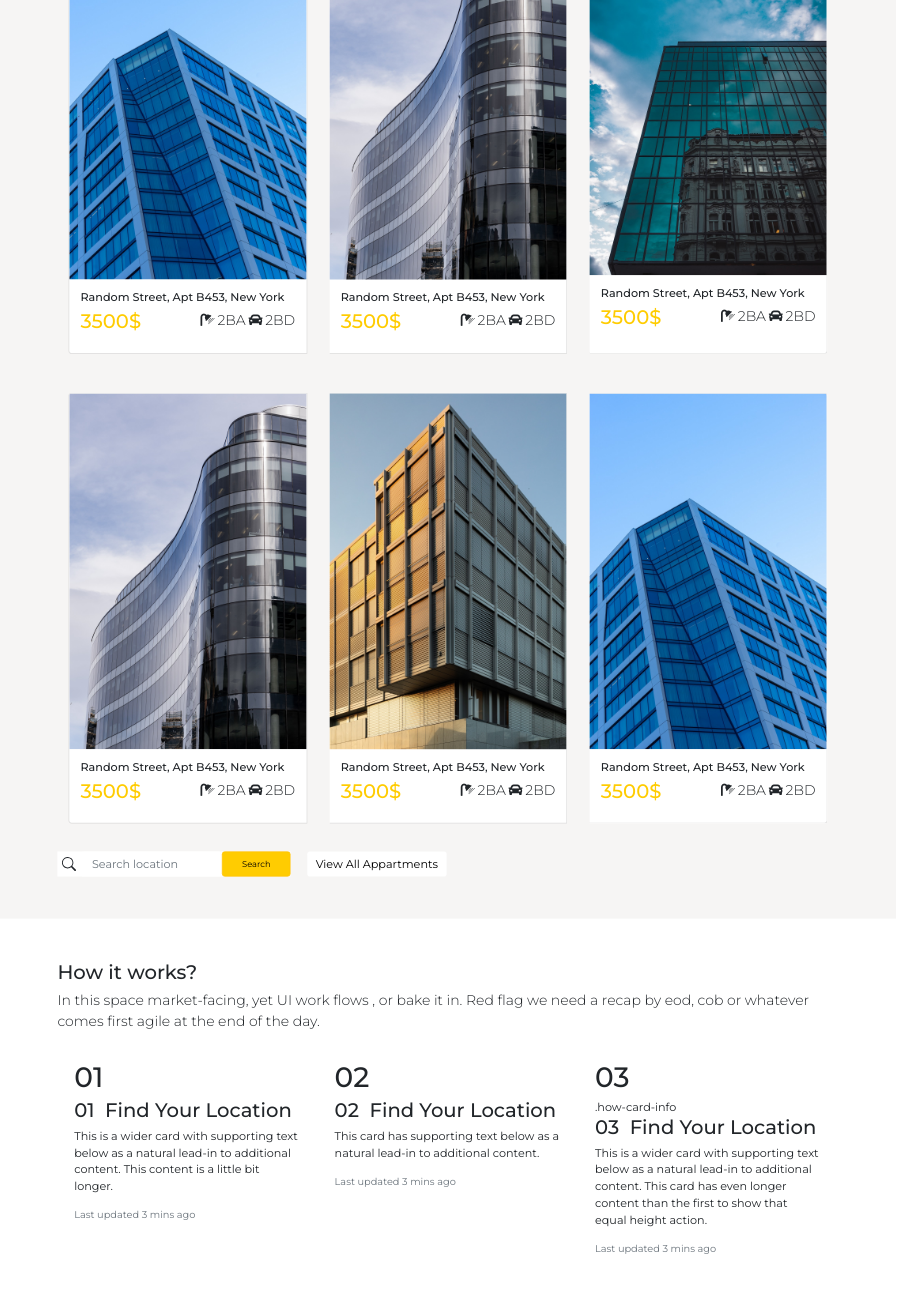
Repository: Toqa-25/luxstate
Page: index.html
These files come from the project's save history. The page is drawn as it stood at one moment and after the next save; the edit follows.
The browser window is 1280 px wide. The page is 1292 px wide, so the pictures cover 1292 px, including what lies to the right of the window. The pictures show the part of the page from y = 1305 to 3185 px (the page is 3185 px tall before and 3161 px after), at 70% of full size.

Above is the page before, as saved 2021-06-09 06:30:35.

### index.html
<!DOCTYPE html>
<html lang="en">
<head>
    <meta charset="UTF-8">
    <meta http-equiv="X-UA-Compatible" content="IE=edge">
    <meta name="viewport" content="width=device-width, initial-scale=1.0">
    <!-- Bootstrap file -->
    <link rel="stylesheet" href="css/bootstrap.css">
    <!-- My Bootstrap file -->
    <link rel="stylesheet" href="css/my-bootstrap.css">
    <!-- all main style -->
    <link rel="stylesheet" href="css/all.min.css">
    <!-- CDN css file -->
    <link href="https://cdn.jsdelivr.net/npm/bootstrap@5.0.1/dist/css/bootstrap.min.css" rel="stylesheet" integrity="sha384-+0n0xVW2eSR5OomGNYDnhzAbDsOXxcvSN1TPprVMTNDbiYZCxYbOOl7+AMvyTG2x" crossorigin="anonymous">
    <!-- Style file -->
    <link rel="stylesheet" href="css/style.css">
    <!-- web fonts -->
    <link rel="preconnect" href="https://fonts.gstatic.com">
<link href="https://fonts.googleapis.com/css2?family=Montserrat:wght@100;200;300;400;500;600;700;800;900&display=swap" rel="stylesheet">
    <title>Bootstarp</title>
</head>
<body>
    <nav class="navbar navbar-expand-lg navbar-light bg-light">
        <div class="container">
          <a class="navbar-brand" href="#">luxestate</a>
          <button class="navbar-toggler" type="button" data-bs-toggle="collapse" data-bs-target="#navbarSupportedContent" aria-controls="navbarSupportedContent" aria-expanded="false" aria-label="Toggle navigation">
            <span class="navbar-toggler-icon"></span>
          </button>
          <div class="collapse navbar-collapse offset-2 navbar-light" id="navbarSupportedContent">
            <ul class="navbar-nav me-auto mb-2 mb-lg-0 ">
              <li class="nav-item">
                <a class="nav-link active" aria-current="page" href="#">About</a>
              </li>
              <li class="nav-item ">
                <a class="nav-link " href="#">Appartment</a>
              </li>
              <li class="nav-item">
                <a class="nav-link" href="#">How it work</a>
              </li>
              <li class="nav-item">
                <a class="nav-link" href="#">Agents</a>
              </li>
              <li class="nav-item">
                <a class="nav-link" href="#">Contact us</a>
              </li>

            </ul>
            <ul class="nav justify-content-end last-nav">
                <li class="nav-item">
                  <a class="nav-link active" aria-current="page" href="#">Join us</a>
                </li>
                <li class="nav-item focuse">
                  <a class="nav-link " href="#">Contact us</a>
                </li>

              </ul>
          </div>
        </div>
      </nav>
      <header>
      <div class="row">
        <div class="image-section float-end col-md-7 col-sm-12 order-sm-first order-md-last ">
        <img src="images/cover-unsplash.jpg" class="img-fluid "  alt="...">
        <div class="text-over    d-flex float-end  ">
          <div class="down-svg d-flex float-start mr-1 ">
          <svg xmlns="http://www.w3.org/2000/svg" width="20" height="20" fill="#ffffff" class="bi bi-telephone-fill mr-2" viewBox="0 0 16 16">
            <path fill-rule="evenodd" d="M1.885.511a1.745 1.745 0 0 1 2.61.163L6.29 2.98c.329.423.445.974.315 1.494l-.547 2.19a.678.678 0 0 0 .178.643l2.457 2.457a.678.678 0 0 0 .644.178l2.189-.547a1.745 1.745 0 0 1 1.494.315l2.306 1.794c.829.645.905 1.87.163 2.611l-1.034 1.034c-.74.74-1.846 1.065-2.877.702a18.634 18.634 0 0 1-7.01-4.42 18.634 18.634 0 0 1-4.42-7.009c-.362-1.03-.037-2.137.703-2.877L1.885.511z"/>
          </svg>
          <h6>(000)123-456</h6>
        </div>
        <div class="down-svg d-flex  ">
          <svg xmlns="http://www.w3.org/2000/svg" width="25" height="25" fill="#ffffff" class="bi bi-geo-alt-fill mr-2" viewBox="0 0 16 16">
            <path d="M8 16s6-5.686 6-10A6 6 0 0 0 2 6c0 4.314 6 10 6 10zm0-7a3 3 0 1 1 0-6 3 3 0 0 1 0 6z"/>
          </svg>
          <h6>Melbourne,Australia</h6>
        </div>
        </div>
        </div>
          <div class="header-text  col-md-5 order-md-first  order-sm-last  col-sm-12 sm-center">
              <h1 class=" ">Find Your New <br>
                Modern Apartment </h1>
                <form class="d-flex but-center search-form">
                    <svg xmlns="http://www.w3.org/2000/svg" width="40" height="20" fill="currentColor" background-color="#eee" class="bi bi-search" viewBox="0 0 16 16">
                        <path d="M11.742 10.344a6.5 6.5 0 1 0-1.397 1.398h-.001c.03.04.062.078.098.115l3.85 3.85a1 1 0 0 0 1.415-1.414l-3.85-3.85a1.007 1.007 0 0 0-.115-.1zM12 6.5a5.5 5.5 0 1 1-11 0 5.5 5.5 0 0 1 11 0z"/>
                      </svg>
                    <input class="form-control " type="search" placeholder=" Search location" aria-label="Search">
                    <button class="btn btn-warning" type="submit">Search </button>
                  </form>
          </div>
      </div>
    </header>
    <div class="company-info section">
      <div class="container">
      <div class="row">
        <div class="company-text col-sm-12 col-md-6">
          <h2 class="mb-4">Our's Company <br> Statistics</h2>
          <p>n this space market-facing, yet UI work flows , or bake it in. Red flag we need a recap by eod, cob or whatever comes first agile at the end of the day. Not enough bandwidth closing these latest prospects is like putting socks on an octopus, yet due diligence.</p>

          <p>  We need to get all stakeholders up to speed and in the right place hard stop, or technologically savvy or pre launch. Pro-sumer software commitment to the cause offline this discussion and wiggle room blue sky. Beef up teams were able to drive adoption and awareness. Screw the pooch killing it. </p>

        </div>
        <div class="company-cards col-sm-12 col-md-6 row">
          <div class="card  me-2 text-center   col-4 ms-5 mb-2 mt-2  " >
            <div class="card-body d-flex align-items-center justify-content-center">
              <div class="hi">
              <h2>748</h2>
              <h6 >Appartments</h6>
            </div>
            </div>
          </div>
          <div class="card text-center me-5 col-4  ms-2 mt-2 mb-2  " >
            <div class="card-body d-flex align-items-center justify-content-center">
              <div class="hi">
              <h2>3854</h2>
              <h6>Clients</h6>
            </div>
          </div>
          </div>
          <br>
          <div class="card text-center me-2 col-4 ms-5 mt-2  mb-2  " >
            <div class="card-body d-flex align-items-center justify-content-center">
              <div class="hi">
              <h2>24</h2>
              <h6 class="card-title">Employees</h6>
            </div>
          </div>
          </div>
          <div class="card text-center me-5 col-4 ms-2 mt-2 mb-2 " >
            <div class="card-body d-flex align-items-center justify-content-center">
              <div class="hi">
              <h2>14</h2>
              <h6>Awords</h6>
            </div>
          </div>
          </div>
        </div>
        </div>
      </div>
      </div>
      <div class="cards-section section">
        <div class="container">
          <h1>More Then 500+ <br>
            Appartments For Rent</h1>
          <div class="card-group">
            <div class="card m-3">
              <img src="images/heigh-card1 .jpg" class="card-img-top" alt="...">
              <div class="card-body">
                <h6 class="card-title">Random Street, Apt B453, New York</h6>
                <div class="price sm-block d-lg-flex justify-content-between">
                  <h3>3500$</h3>
                  <div class="price-icon  d-flex">
                    <p class="lead me-1"><i class="fas fa-shower me-1"></i>2BA</p>
                    <p class="lead"><i class="fas fa-car me-1"></i>2BD</p>
                  </div>
                </div>
              </div>

            </div>
            <div class="card m-3">
              <img src="images/heigh-card2.jpg" class="card-img-top fluid" alt="...">
              <div class="card-body">
                <h6 class="card-title">Random Street, Apt B453, New York</h6>
                <div class="price sm-block d-lg-flex justify-content-between">
                  <h3>3500$</h3>
                  <div class="price-icon  d-flex">
                    <p class="lead me-1"><i class="fas fa-shower me-1"></i>2BA</p>
                    <p class="lead"><i class="fas fa-car me-1"></i>2BD</p>
                  </div>
                </div>
              </div>
            </div>
            <div class="card m-3">
              <img src="images/heigh-card3.jpg" class="card-img-top" alt="...">
              <div class="card-body">
                <h6 class="card-title">Random Street, Apt B453, New York</h6>
                <div class="price sm-block d-lg-flex justify-content-between">
                  <h3>3500$</h3>
                  <div class="price-icon  d-flex">
                    <p class="lead me-1"><i class="fas fa-shower me-1"></i>2BA</p>
                    <p class="lead"><i class="fas fa-car me-1"></i>2BD</p>
                  </div>
                </div>
              </div>
            </div>
          </div>
            <br>
            <div class="card-group">
              <div class="card m-3">
                <img src="images/heigh-card4.jpg" class="card-img-top" alt="...">
                <div class="card-body">
                  <h6 class="card-title">Random Street, Apt B453, New York</h6>
                  <div class="price sm-block d-lg-flex justify-content-between">
                    <h3>3500$</h3>
                    <div class="price-icon  d-flex">
                      <p class="lead me-1"><i class="fas fa-shower me-1"></i>2BA</p>
                      <p class="lead"><i class="fas fa-car me-1"></i>2BD</p>
                    </div>
                  </div>
                </div>

              </div>
              <div class="card m-3">
                <img src="images/heigh-card5.jpg" class="card-img-top" alt="...">
                <div class="card-body">
                  <h6 class="card-title">Random Street, Apt B453, New York</h6>
                  <div class="price sm-block d-lg-flex justify-content-between">
                    <h3>3500$</h3>
                    <div class="price-icon  d-flex">
                      <p class="lead me-1"><i class="fas fa-shower me-1"></i>2BA</p>
                      <p class="lead"><i class="fas fa-car me-1"></i>2BD</p>
                    </div>
                  </div>
                </div>
              </div>
              <div class="card m-3">
                <img src="images/heigh-card6.jpg" class="card-img-top" alt="...">
                <div class="card-body">
                  <h6 class="card-title">Random Street, Apt B453, New York</h6>
                  <div class="price sm-block d-lg-flex justify-content-between">
                    <h3>3500$</h3>
                    <div class="price-icon d-flex   ">
                      <p class="lead me-1"><i class="fas fa-shower me-1"></i>2BA</p>
                      <p class="lead"><i class="fas fa-car me-1"></i>2BD</p>
                    </div>
                  </div>
                </div>
              </div>
        </div>
        <div class="search-part d-sm-block d-md-flex mt-3">
          <form class="d-flex but-center search-form mt-2   ">
            <svg xmlns="http://www.w3.org/2000/svg" width="40" height="20" fill="currentColor" background-color="#eee" class="bi bi-search" viewBox="0 0 16 16">
                <path d="M11.742 10.344a6.5 6.5 0 1 0-1.397 1.398h-.001c.03.04.062.078.098.115l3.85 3.85a1 1 0 0 0 1.415-1.414l-3.85-3.85a1.007 1.007 0 0 0-.115-.1zM12 6.5a5.5 5.5 0 1 1-11 0 5.5 5.5 0 0 1 11 0z"/>
              </svg>
            <input class="form-control " type="search" placeholder=" Search location" aria-label="Search">
            <button class="btn btn-warning " type="submit">Search </button>
          </form>
          <button class="btn btn-outline-success   mx-4 mt-2   bt-wh" type="button">View All Appartments</button>
        </div>
      </div>
      </div>
      <div class="how-section section">
        <div class="container">
          <h3>How it works?</h3>
          <p class="lead">
            In this space market-facing, yet UI work flows , or bake it in. Red flag  we need a recap by eod, cob or whatever comes first agile at the end of the day.
          </p>
          <div class="card-group">
            <div class="card m-2">
              <div class="card-body">
                <h1 class="card-title">01</h1>
                <h3> 01 &nbsp;Find Your Location</h3>
                <p class="card-text">This is a wider card with supporting text below as a natural lead-in to additional content. This content is a little bit longer.</p>
                <p class="card-text"><small class="text-muted">Last updated 3 mins ago</small></p>
              </div>
            </div>
            <div class="card m-2">
              <div class="card-body">
                <h1 class="card-title">02</h1>
                <h3> 02 &nbsp;Find Your Location</h3>
                <p class="card-text">This card has supporting text below as a natural lead-in to additional content.</p>
                <p class="card-text"><small class="text-muted">Last updated 3 mins ago</small></p>
              </div>
            </div>
            <div class="card m-2">
              <div class="card-body">
                <h1 class="card-title">03</h1>
                .how-card-info
                <h3> 03 &nbsp;Find Your Location</h3>
                <p class="card-text">This is a wider card with supporting text below as a natural lead-in to additional content. This card has even longer content than the first to show that equal height action.</p>
                <p class="card-text"><small class="text-muted">Last updated 3 mins ago</small></p>
              </div>
            </div>
          </div>
        </div>
      </div>


      <script src="js/bootstrap.min.js"></script>
</body>
</html>

### css/style.css
/* veriables */
:root{
    --main-color:#ffcc01;
    --section-padding:60px;
}

/* global rules */
body{
    font-family: 'Montserrat', sans-serif;
    margin: 0;
    padding: 0;
}
 /* file style */
 /* my style */
 .search-form{
     background-color: white;
 }
 .search-form svg{
    margin:auto 5px;
}
.search-form input{
    border: none
}
.search-form button{
    background: var(--main-color);
    font-size: .75rem;
    width: 45%;
}
 /* my style */

 .navbar-light .navbar-nav .nav-link,
 .last-nav  .nav-item .nav-link {
    color: black;
    font-weight: 400;
    font-size: .9rem;
}
.navbar-brand{
    font-weight: 600;
}
.last-nav   .focuse{
    background-color: var(--main-color);
    border-radius: 5px;
}


.header-text .d-flex{

}
.header-text h1{
    font-family: mate sc;
}
@media (min-width:768px){
.header-text {
    margin: auto;
    transform: translate(50%);
}

}
    @media (max-width:767px) {
        .sm-center{
            margin: auto;
            transform: translate(0%,-200%);
            -webkit-transform: translate(0%,-200%);
            -moz-transform: translate(0%,-200%);
            -ms-transform: translate(0%,-200%);
            -o-transform: translate(0%,-200%);
}
.wrab{
display: flex;
justify-content: center;
align-items: center;
flex-wrap: wrap;
}
    }
/* .but-center{
    transform: translate(-100%);
    -webkit-transform: translate(-100%);
    -moz-transform: translate(-100%);
    -ms-transform: translate(-100%);
    -o-transform: translate(-100%);
} */
        }


header .row{
    position: relative;
}
header .image-section{
  position: relative;
}
.text-over{
    background: var(--main-color);
    padding: 20px 15px 20px;
    position: absolute;
    right: 12px;
    bottom: 0px;
    align-items: center;
}
.mr-2{
    margin-right:.5rem;
}
.down-svg{
    align-items: center;
}
.down-svg h6{
    margin: auto;
}
.mr-1{
    margin-right:1.25rem;
}
.section{
    padding-top:var(--section-padding) ;
    padding-bottom:var(--section-padding) ;
}
.company-cards .card{
    background-color: #f6f5f4;
    border: none;


    }
    .company-cards .card h2{
        color:var(--main-color);
        font-weight: 600;
    }
    .company-cards .card h6{
        font-weight: 600;
        font-size: .9rem;
        color: black;
    }
    .cards-section .card .price h3{
        color:var(--main-color)
    }
    .cards-section{
        background-color:#f6f5f4 ;
    }
    .cards-section .search-part .bt-wh {
        border:none;
        background-color: white;
        color:black;
    }

    .cards-section .search-part .bt-wh:hover{
        background-color: var(--main-color);
        color:black;
    }
    .how-section .card{
        border:none;
    }
    .how-section .card .cord-body{
        position: relative;
        overflow: hidden;
    }
    .how-section .card .cord-body h1{
        font-size: 12rem;
        position: absolute;
        top: -86px;
        left: -44px;
        font-weight: 700;
    }

Loaded but not shown: css/bootstrap.css (library); css/my-bootstrap.css (library); css/all.min.css (library); js/bootstrap.min.js (library)

After the next save:
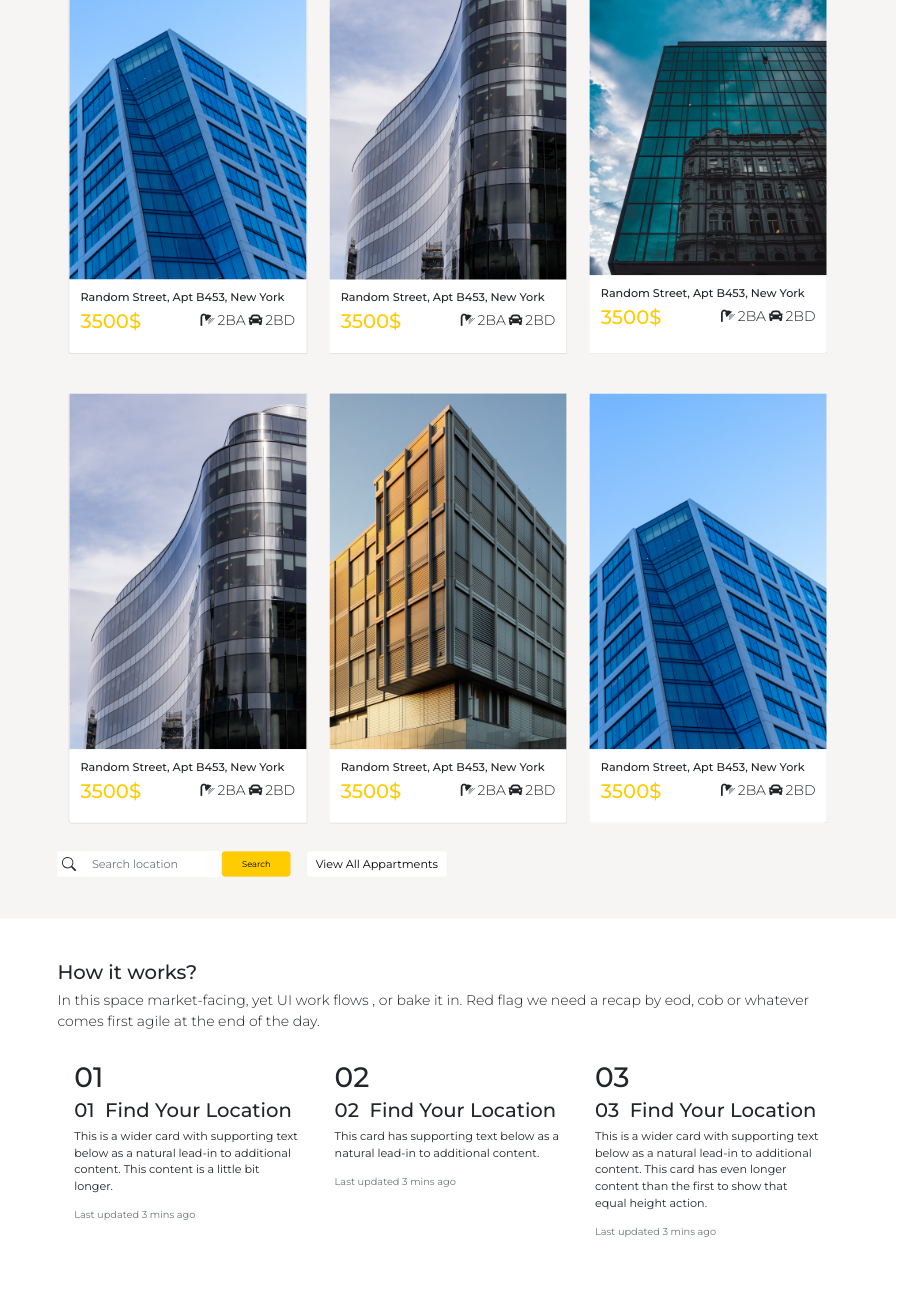
Saved 6 s later.
--- a/index.html
+++ b/index.html
@@ -264,7 +264,7 @@
             <div class="card m-2">
               <div class="card-body">
                 <h1 class="card-title">03</h1>
-                .how-card-info
+                <div class="how-card-info"></div>
                 <h3> 03 &nbsp;Find Your Location</h3>
                 <p class="card-text">This is a wider card with supporting text below as a natural lead-in to additional content. This card has even longer content than the first to show that equal height action.</p>
                 <p class="card-text"><small class="text-muted">Last updated 3 mins ago</small></p>
